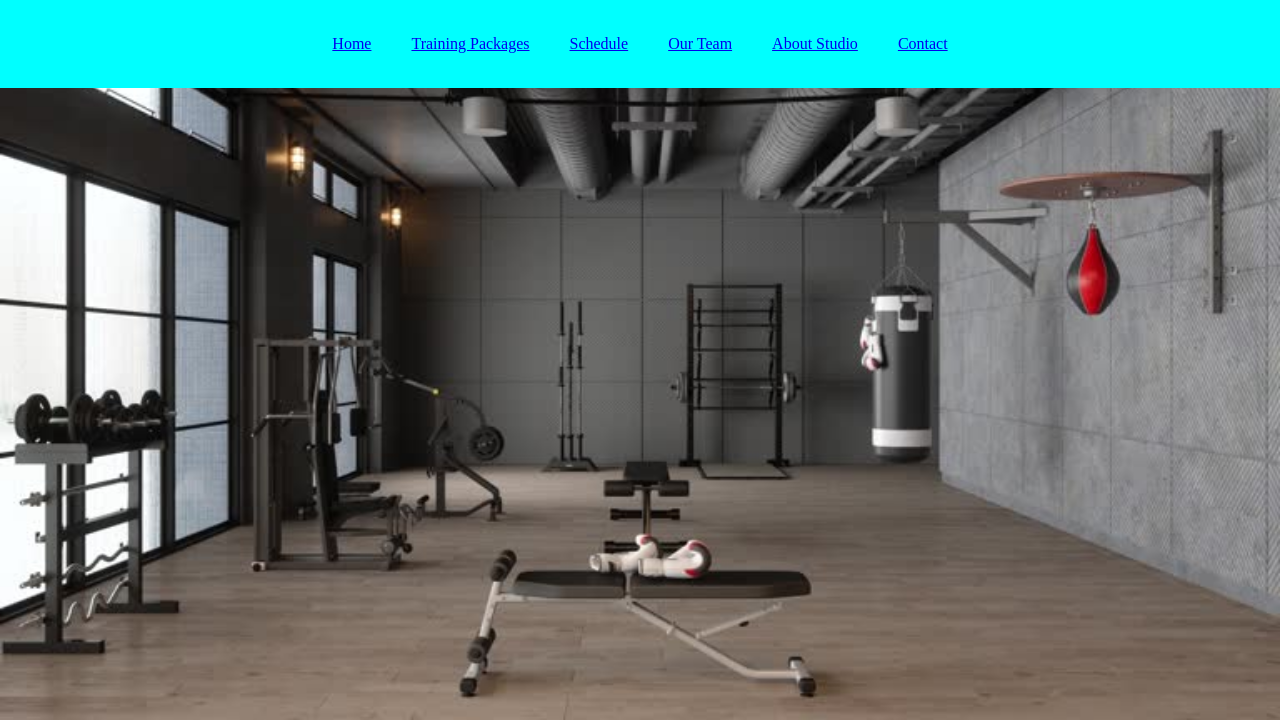
Repository: MujtabaHabib/muscle-memory-website
Page: index.html
An editor plug-in stored every save of this project. The page is shown before and after the next save, followed by the edit.
The browser window is 1280 px wide. The pictures show the whole page.

Above is the page before, as saved 2026-01-26 04:48:40.

After the next save:
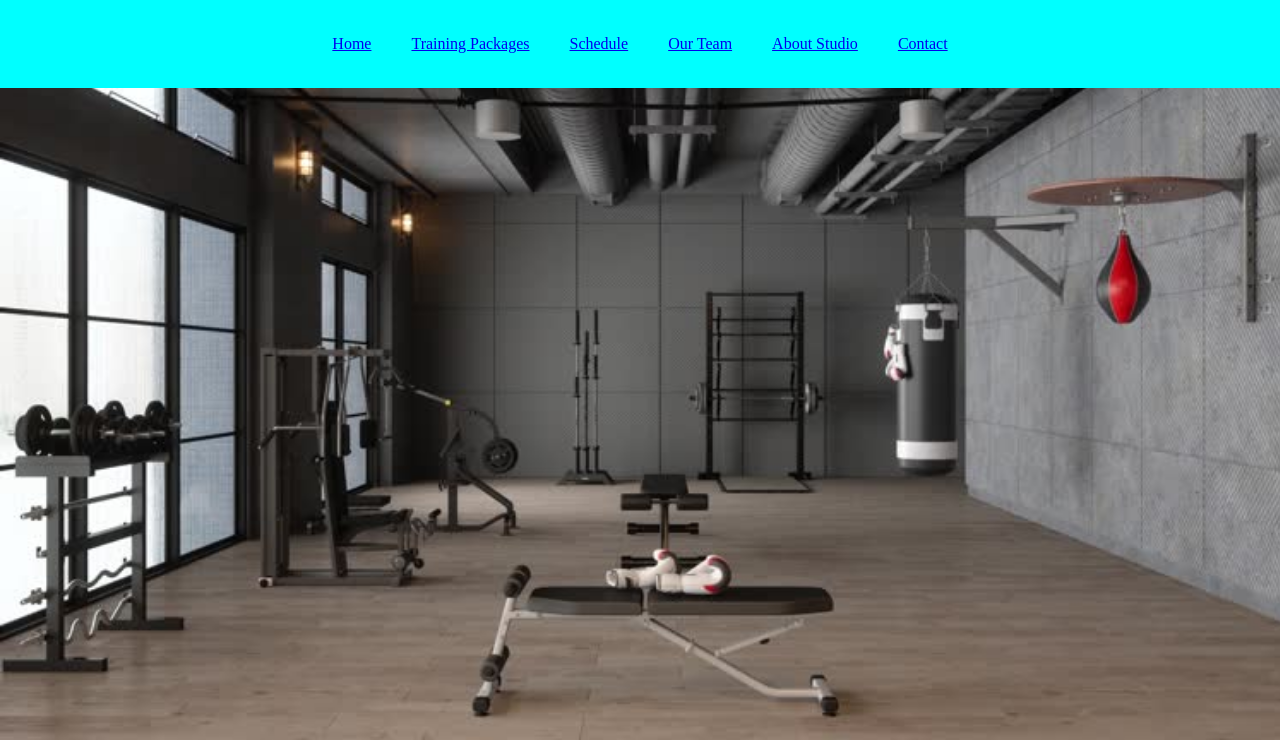
Saved 7 s later.
--- a/style.css
+++ b/style.css
@@ -8,7 +8,7 @@
     background-image: url(gym.jpg);
     background-repeat: no-repeat;
     background-size: cover;
-    height: 720px;
+    height: 740px;
 }
 
 .list {
